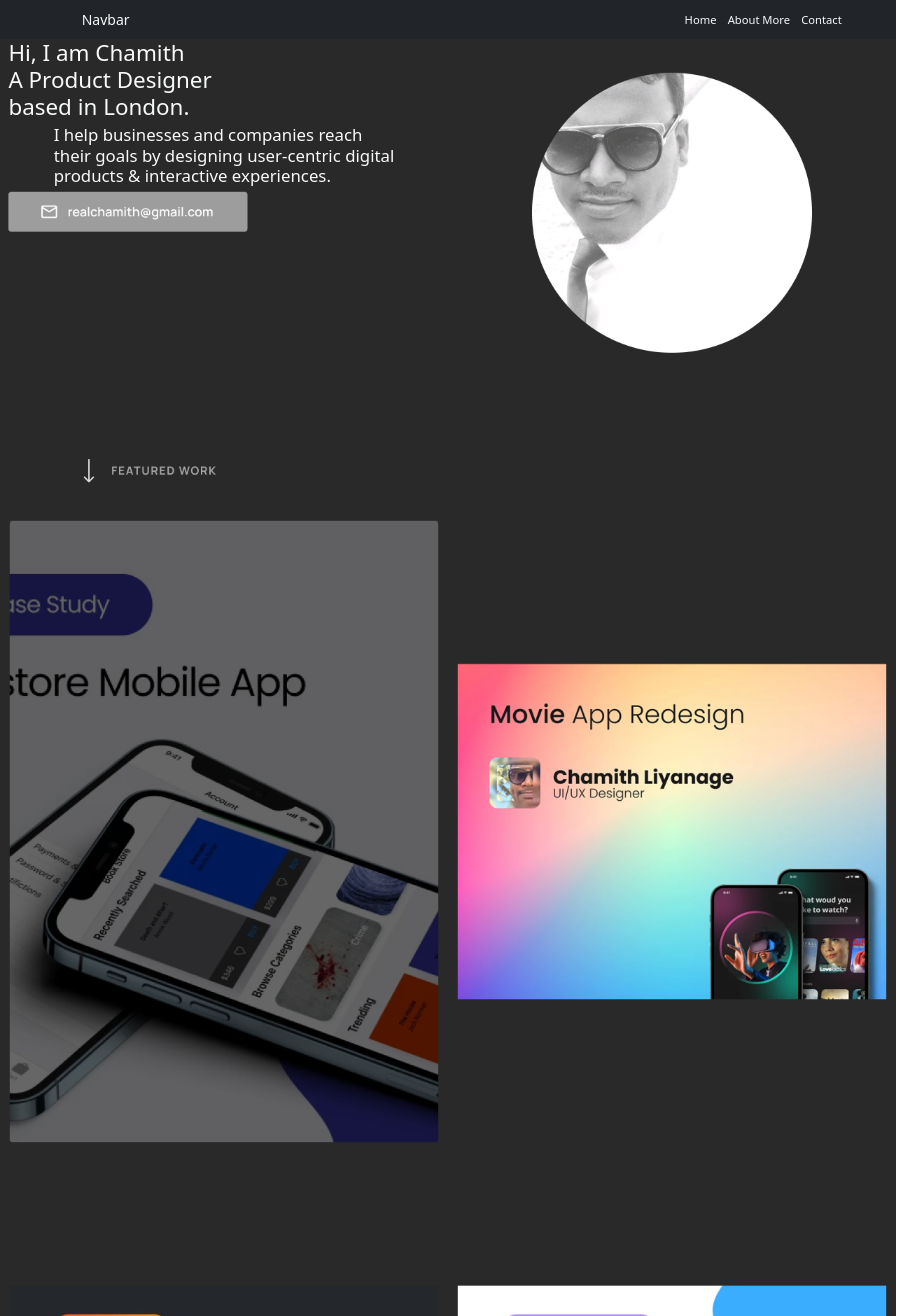
Repository: Realchamithweb/chamith-html
Page: index.html
An editor plug-in stored every save of this project. The page is shown before and after the next save, followed by the edit.
The browser window is 1280 px wide. The page is 1292 px wide, so the pictures cover 1292 px, including what lies to the right of the window. The pictures show the part of the page from y = 0 to 1880 px (the page is 4129 px tall), at 70% of full size.

Above is the page before, as saved 2023-01-04 12:08:58.

After the next save:
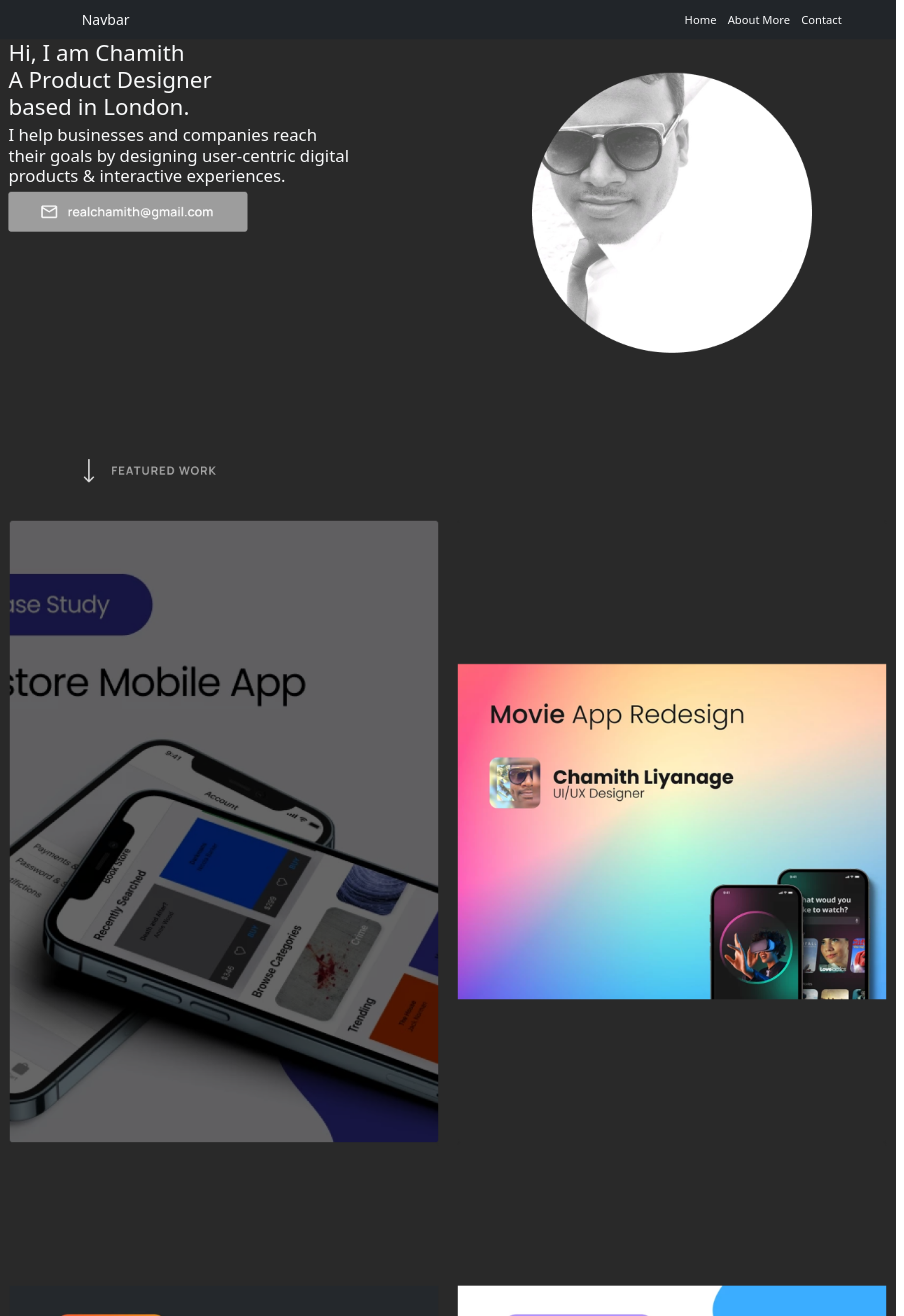
Saved 4 s later.
--- a/index.html
+++ b/index.html
@@ -46,7 +46,7 @@
                                 A Product Designer<br>
                                 based in London.
                             </p>
-                            <p class="hero-text text-light h4 d-flex justify-content-center">
+                            <p class="hero-text text-light h4">
                                 I help businesses and companies reach <br>
                                 their goals by designing user-centric digital <br>
                                 products & interactive experiences.
